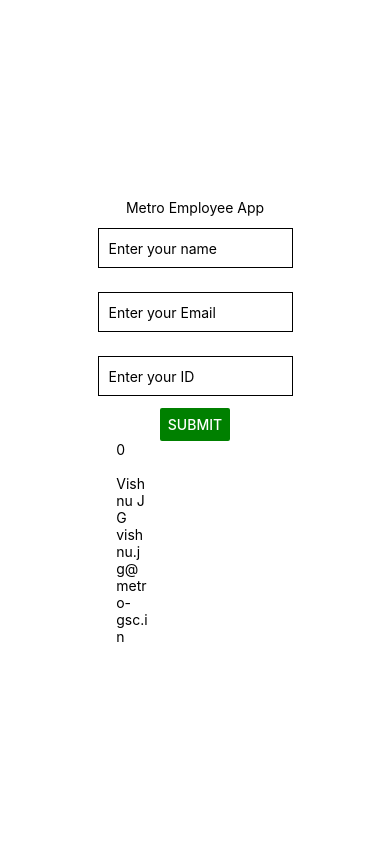
Repository: VishnuJG/Metro-Employee-App
Screen: /
An editor plug-in stored every save of this project. The screen is shown before and after the next save, followed by the edit.
The app was drawn by React Native's web renderer in a window 390 px wide. The project was rebuilt for these pictures with package versions that can differ from the ones it lists, and the page was loaded fresh each time.

Above is the screen before, as saved 2022-06-28 13:53:13.

After the next save:
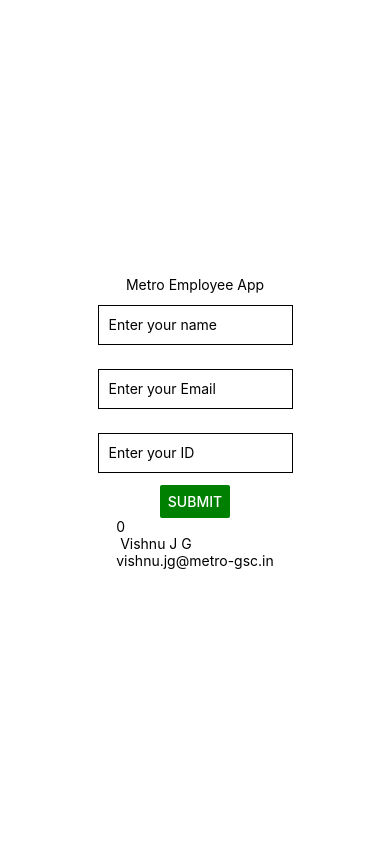
Saved 7 s later.
--- a/components/Task.js
+++ b/components/Task.js
@@ -20,7 +20,7 @@ export default function Task(props) {
 
 const styles = StyleSheet.create({
   employee:{
-    width:'20%',
+    width:'100%',
     justifyContent: 'left',
   }
 });
